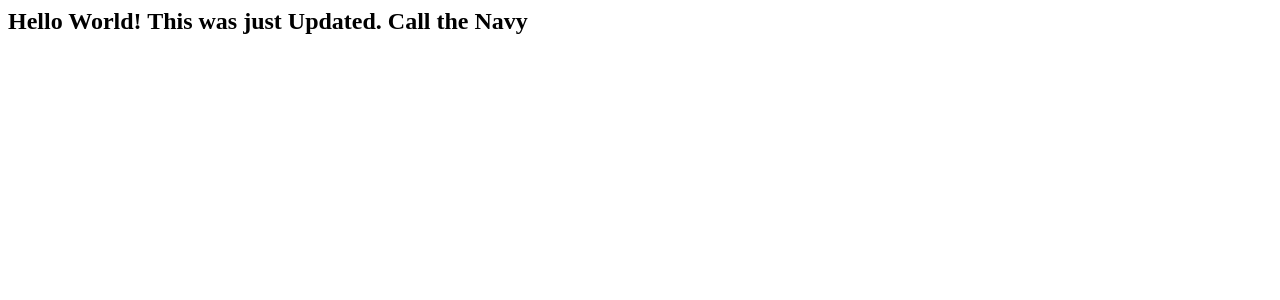
Repository: joshuaparisaca/springTomcat
Page: http://localhost/springApp/
These files come from the project's save history. The page is drawn as it stood at one moment and after the next save; the edit follows.
The browser window is 1280 px wide. The pictures show the whole page.
The page is served by Tomcat 9.

Above is the page before, as saved 2018-11-30 17:02:40.

After the next save:
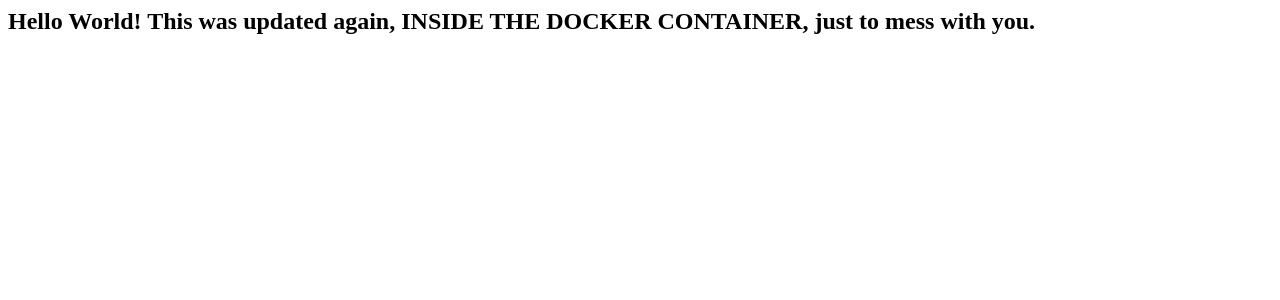
Saved 2 h 47 min later.
--- a/springApp/src/main/webapp/index.jsp
+++ b/springApp/src/main/webapp/index.jsp
@@ -1,5 +1,5 @@
 <html>
 <body>
-<h2>Hello World! This was just Updated. Call the Navy</h2>
+<h2>Hello World! This was updated again, INSIDE THE DOCKER CONTAINER, just to mess with you.</h2>
 </body>
 </html>
